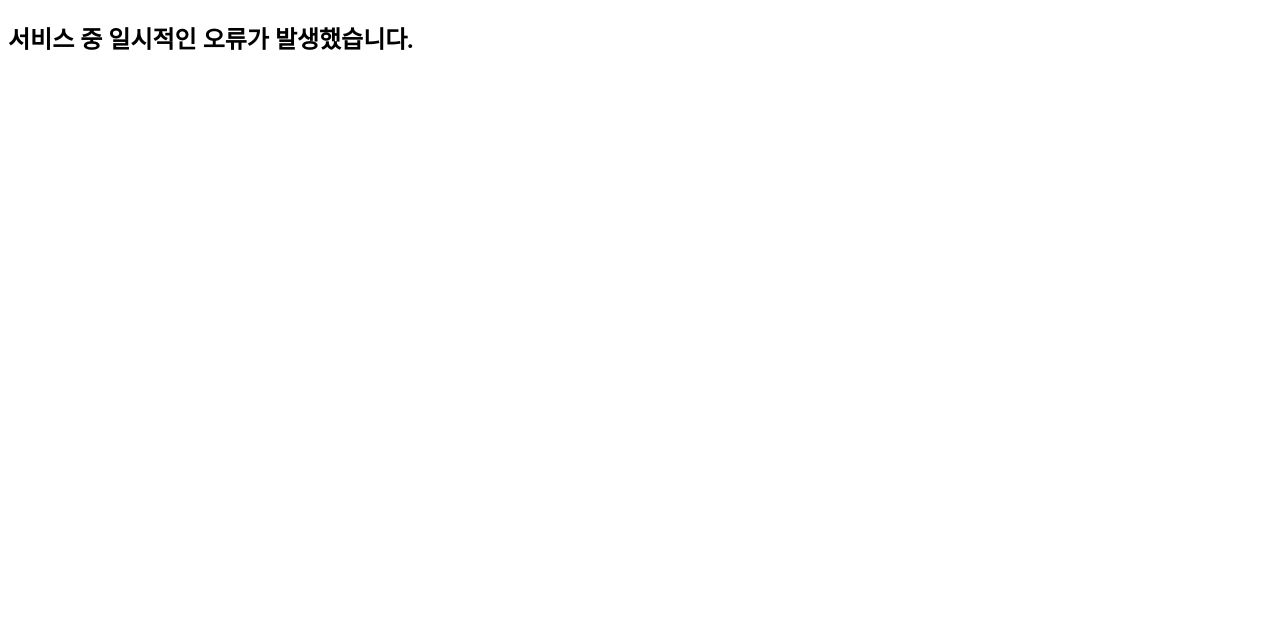
Repository: Motibidu/JSP_Servlet
Page: http://localhost/MushHaveJsp/01DirectiveScript/IsErrorPage.jsp
The author's editor kept a copy of each file at every save. The page is drawn from the files as they stood at one save, then again after a run of saves.
The browser window is 1280 px wide. The pictures show the whole page.
The page is served by Tomcat 10. Other server files are loaded and not shown.

Above is the page before, as saved 2025-05-02 03:33:30.

### MushHaveJsp/src/main/webapp/01DirectiveScript/IsErrorPage.jsp
<%@ page language="java" contentType="text/html; charset=UTF-8"
    pageEncoding="UTF-8"%>
<!DOCTYPE html>
<html>
<head>
<meta charset="UTF-8">
<title>Insert title here</title>
</head>
<body>
<h2>서비스 중 일시적인 오류가 발생했습니다.</h2>
</body>
</html>

After the next 2 saves:
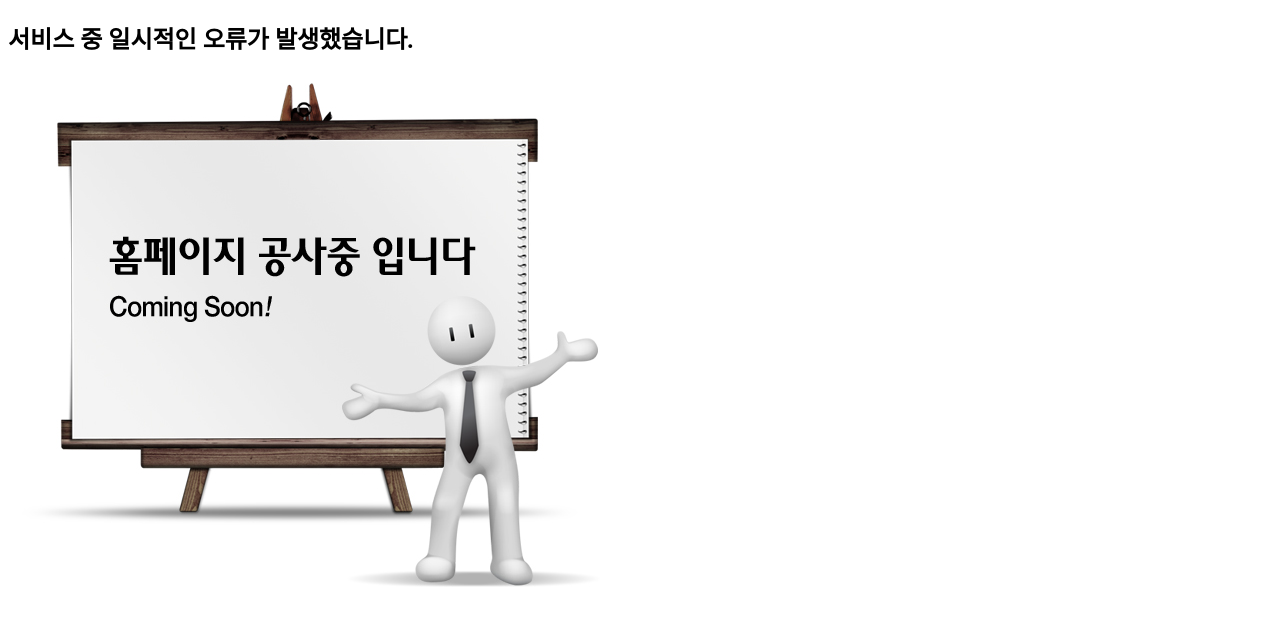
The 2 saves are shown as one change because they came seconds apart.
The last was saved 71 s later.
--- a/MushHaveJsp/src/main/webapp/01DirectiveScript/IsErrorPage.jsp
+++ b/MushHaveJsp/src/main/webapp/01DirectiveScript/IsErrorPage.jsp
@@ -7,6 +7,9 @@
 <title>Insert title here</title>
 </head>
 <body>
-<h2>서비스 중 일시적인 오류가 발생했습니다.</h2>
+	<h2>서비스 중 일시적인 오류가 발생했습니다.</h2>
+	<div>
+		<img src="../images/Error.jpg"/>
+	</div>
 </body>
 </html>
